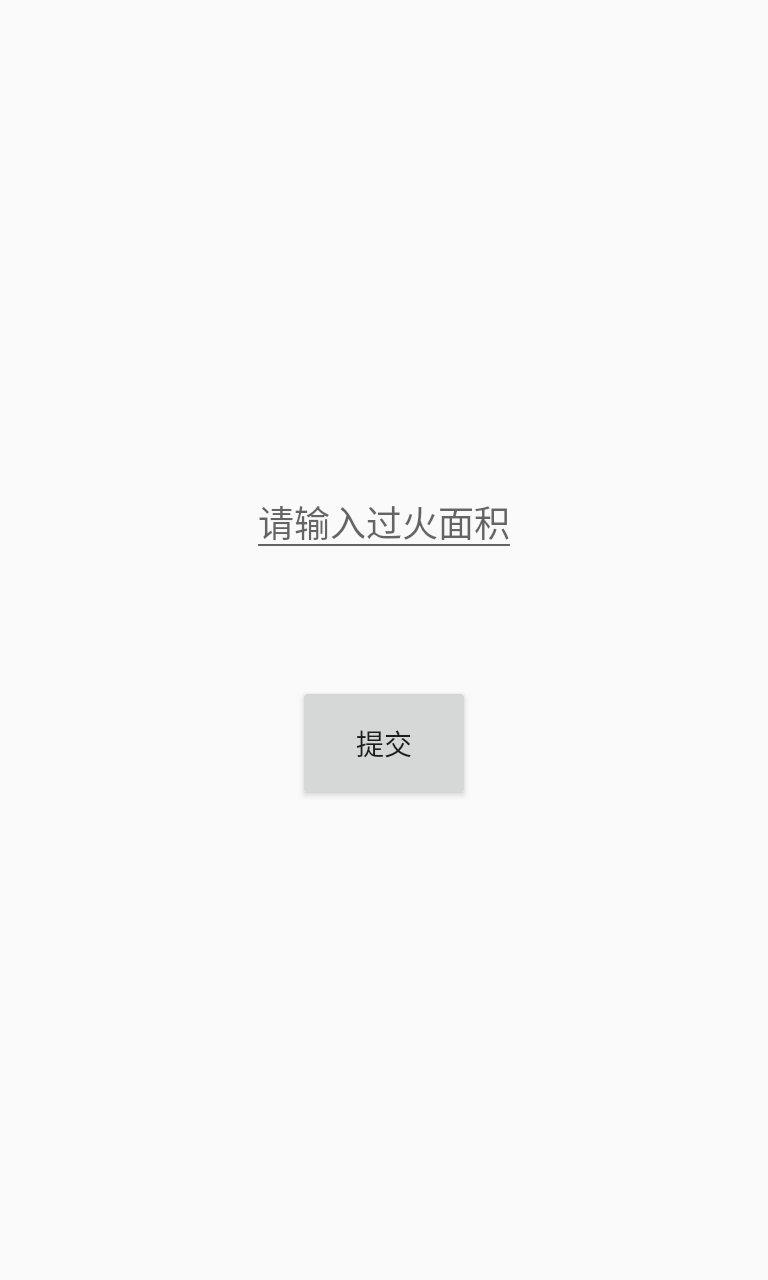
Repository: hohoTT/fireWork_handle_app
Layout: fireWork_handle_app/res/layout/olican_fire_foam.xml
An editor plug-in stored every save of this project. The layout is shown before and after the next save, followed by the edit.
It is drawn on a 768 x 1280 px phone screen (xhdpi) without system bars, with theme AppTheme; the app's code is not run.

Above is the layout before, as saved 2016-03-03 02:26:01.

### fireWork_handle_app/res/layout/olican_fire_foam.xml
<?xml version="1.0" encoding="utf-8"?>
<LinearLayout xmlns:android="http://schemas.android.com/apk/res/android"
    android:layout_width="match_parent"
    android:layout_height="match_parent"
    android:gravity="center_vertical"
    android:orientation="vertical" >

    <EditText
        android:id="@+id/fire_area"
        android:layout_width="wrap_content"
        android:layout_height="wrap_content"
        android:layout_gravity="center_horizontal"
	    android:layout_margin="30dp"
        android:hint="@string/fire_area" />

    <Button
        android:id="@+id/btu_normal_fire_send"
        android:layout_width="wrap_content"
        android:layout_gravity="center"
	    android:layout_margin="30dp"
	    android:padding="20dp"
        android:layout_height="wrap_content"

        android:text="@string/btn_send" />

</LinearLayout>

### fireWork_handle_app/res/values/strings.xml
<?xml version="1.0" encoding="utf-8"?>
<resources>

    <string name="app_name">fireWork_handle_app</string>
    <string name="fire_calculate">现场计算</string>
    <string name="fire_agent">火灾剂用量计算</string>
    <string name="fire_plan">火灾预案</string>
    <string name="normal_fire">一般火灾计算</string>
    <string name="normal_fire_result">一般火灾用水量计算结果</string>
    <string name="oilcan_fire">油罐火灾情况下的计算</string>
    <string name="olican_fire_water">冷却用水量计算</string>
    <string name="olican_fire_foam">泡沫用量计算</string>
    <string name="olican_fire_water_result">该油罐火灾用水量计算结果</string>


    <string name="btu_water_power">供水压力计算</string>
    <string name="btu_oilcan_fire">油罐火灾计算</string>
    <string name="fire_area">请输入过火面积</string>
    <string name="olican_diameter">请输入油罐直径</string>
    <string name="text_olican_type">请选择您需要计算的油罐类型:</string>
    <string name="olican_type_fixed">固定顶油罐</string>
    <string name="olican_type_drift">浮顶油罐</string>


    <string name="text_water">一般火灾中每秒的用水量为：</string>
    <string name="text_fire_time">10吨消防车可持续灭火的时间为：</string>
    <string name="text_oilcan_fire_water">该油罐火灾中每秒的用水量为：</string>


    <string name="btn_send">提交</string>

    <string name="hello_world">Hello world!</string>
    <string name="action_settings">Settings</string>





</resources>

Loaded but not shown: fireWork_handle_app/res/values/styles.xml (common file); fireWork_handle_app/res/values-v11/styles.xml (common file); fireWork_handle_app/res/values-v14/styles.xml (common file)

After the next save:
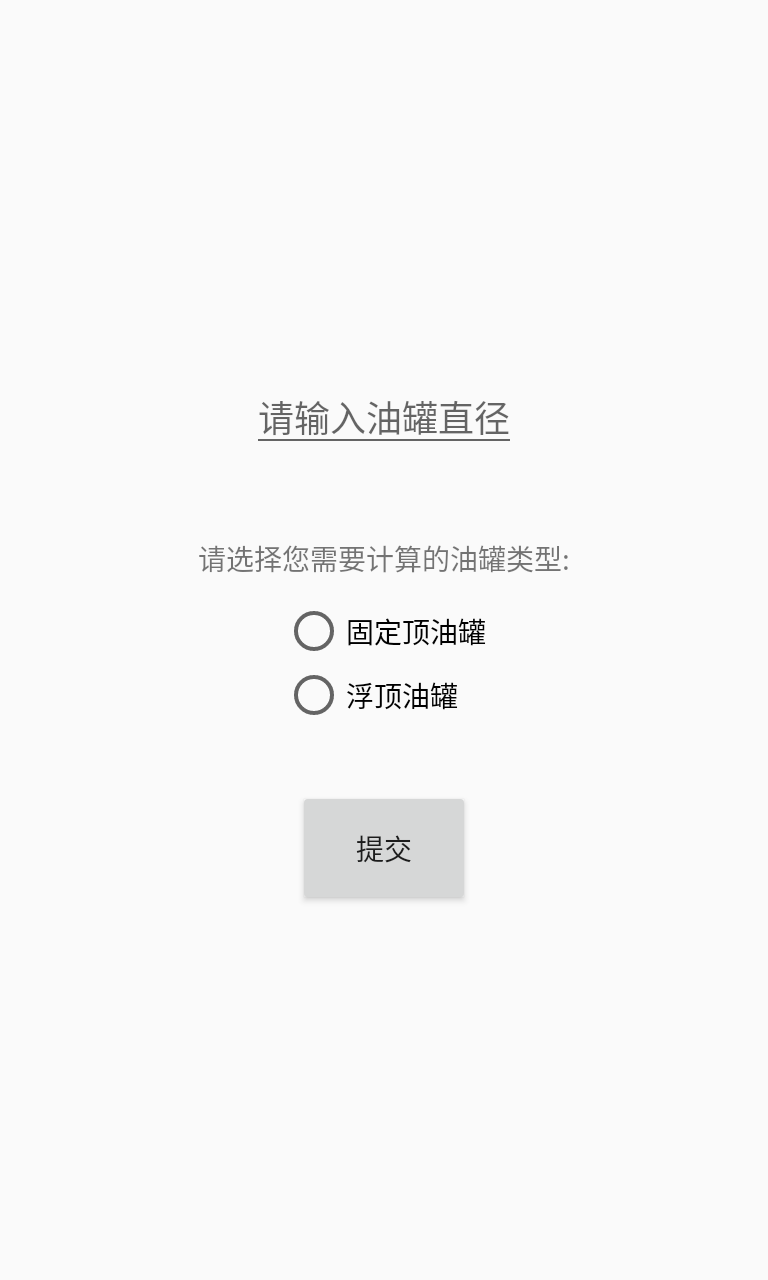
Saved 57 s later.
--- a/fireWork_handle_app/res/layout/olican_fire_foam.xml
+++ b/fireWork_handle_app/res/layout/olican_fire_foam.xml
@@ -6,21 +6,47 @@
     android:orientation="vertical" >
 
     <EditText
-        android:id="@+id/fire_area"
+        android:id="@+id/olican_diameter"
         android:layout_width="wrap_content"
         android:layout_height="wrap_content"
         android:layout_gravity="center_horizontal"
 	    android:layout_margin="30dp"
-        android:hint="@string/fire_area" />
+        android:hint="@string/olican_diameter" />
+
+    <TextView
+        android:id="@+id/text_olican_type"
+        android:layout_width="wrap_content"
+        android:layout_height="wrap_content"
+        android:layout_gravity="center_horizontal"
+	    android:layout_margin="10dp"
+        android:text="@string/text_olican_type" />
+
+    <RadioGroup
+        android:id="@+id/olican_type"
+        android:layout_width="wrap_content"
+        android:layout_height="wrap_content"
+        android:layout_gravity="center_horizontal" >
+
+        <RadioButton
+	        android:layout_width="wrap_content"
+	        android:layout_height="wrap_content"
+	        android:text="@string/olican_type_fixed" />
+
+        <RadioButton
+	        android:layout_width="wrap_content"
+	        android:layout_height="wrap_content"
+	        android:text="@string/olican_type_drift" />
+
+    </RadioGroup>
 
     <Button
-        android:id="@+id/btu_normal_fire_send"
+        android:id="@+id/btu_olican_fire_water_send"
         android:layout_width="wrap_content"
+        android:layout_height="wrap_content"
         android:layout_gravity="center"
 	    android:layout_margin="30dp"
 	    android:padding="20dp"
-        android:layout_height="wrap_content"
-
         android:text="@string/btn_send" />
 
+
 </LinearLayout>
